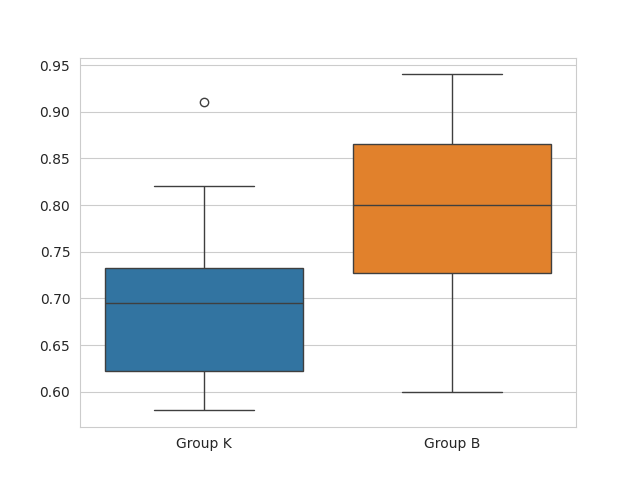
Repository: Kristina-Pianykh/DataScience
Script's output: python Uebungsblatt3/aufgabe2.py
These files come from the project's save history. The script's output is drawn as it stood at one moment and after the next save; the edit follows.
Random numbers start from a fixed seed.

Above is the script's output before, as saved 2022-06-09 23:11:00.

### Uebungsblatt3/aufgabe2.py
import matplotlib.pyplot as plt
import numpy as np
import pandas as pd
import seaborn as sns
from scipy import stats

B = np.array([0.61, 0.79, 0.83, 0.66, 0.94, 0.78, 0.81, 0.60, 0.88, 0.90, 0.75, 0.86])
K = np.array([0.70, 0.58, 0.64, 0.70, 0.69, 0.80, 0.71, 0.63, 0.82, 0.60, 0.91, 0.59])


B_k2, B_p = stats.normaltest(B)
K_k2, K_p = stats.normaltest(K)
print(f"p-value for B: {B_p}")
print(f"p-value for K: {K_p}")

alpha = 0.05
# if p < alpha:  # null hypothesis: x comes from a normal distribution
#     print("The null hypothesis can be rejected")
# else:
#     print("The null hypothesis cannot be rejected")

t, p = stats.ttest_ind(B, K, equal_var=False, alternative="greater")
print(f"t statistic : {round(t, 4)}")
print(f"p-value : {round(p, 4)}")

# fig, axs = plt.subplots(1, 2)
# axs[0, 0].boxplot(B)

# plt.boxplot(B)
# fig = plt.figure()
# plt.boxplot(K, labels=["Control group K"])
# fig = plt.figure(figsize=(10.0, 7.0))
# plt.show()

data = pd.DataFrame({"Group K": K, "Group B": B})
data.index.name = "time"
print(data)
sns.set_style("whitegrid")
sns.boxplot(data=data)
plt.show()

After the next save:
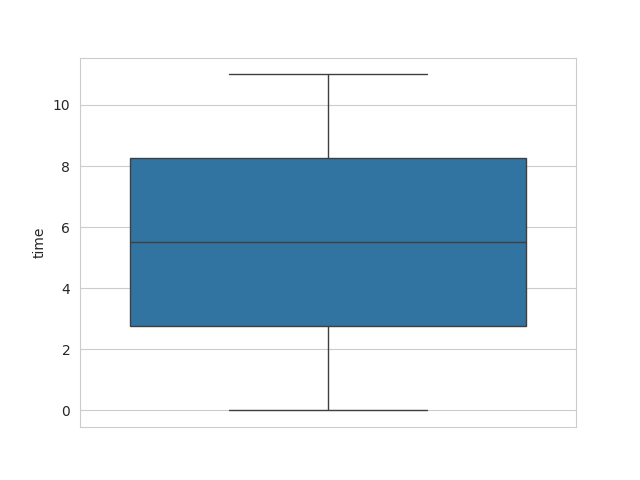
Saved 12 s later.
--- a/Uebungsblatt3/aufgabe2.py
+++ b/Uebungsblatt3/aufgabe2.py
@@ -36,5 +36,5 @@
 data.index.name = "time"
 print(data)
 sns.set_style("whitegrid")
-sns.boxplot(data=data)
+sns.boxplot(data=data, y="time")
 plt.show()

After the save that followed:
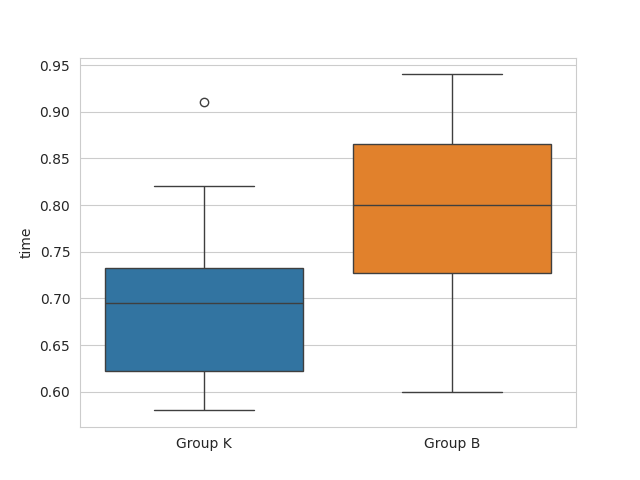
Saved 74 s later.
--- a/Uebungsblatt3/aufgabe2.py
+++ b/Uebungsblatt3/aufgabe2.py
@@ -36,5 +36,6 @@
 data.index.name = "time"
 print(data)
 sns.set_style("whitegrid")
-sns.boxplot(data=data, y="time")
+plot = sns.boxplot(data=data)
+plot.set_ylabel("time")
 plt.show()
